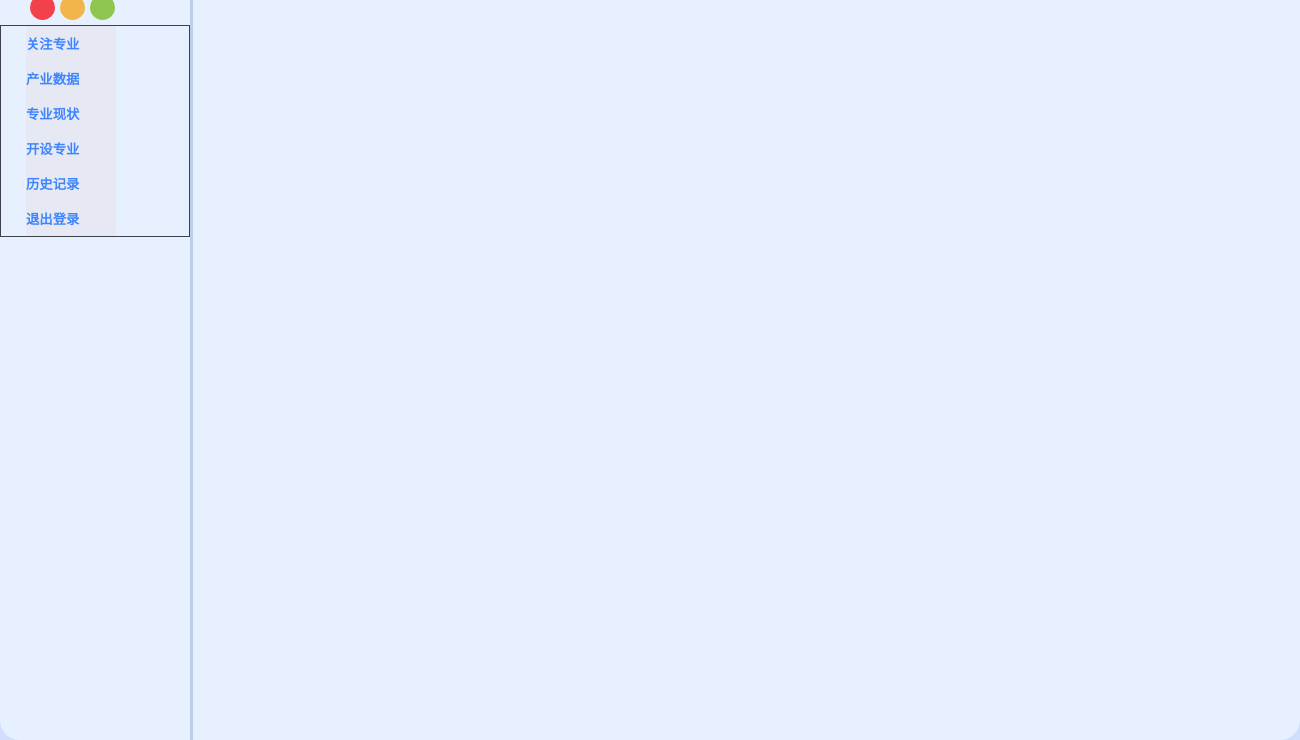
Repository: akaCSDN/test
Page: 2.1主页.html
The author's editor kept a copy of each file at every save. The page is drawn from the files as they stood at one save, then again after the next save.
The browser window is 1280 px wide. The page is 1300 px wide, so the pictures cover 1300 px, including what lies to the right of the window. The pictures show the whole page.

Above is the page before, as saved 2022-12-02 14:08:17.

After the next save:
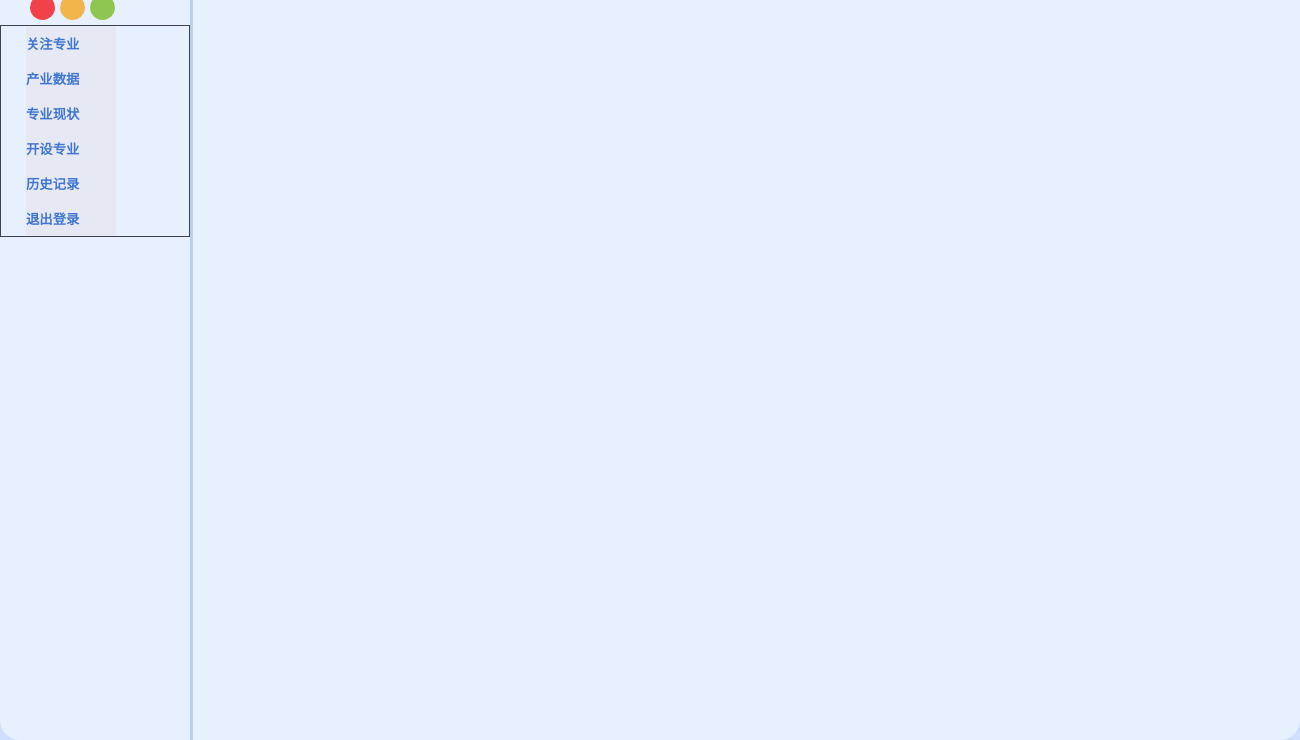
Saved 10 s later.
--- a/2.1主页.html
+++ b/2.1主页.html
@@ -64,7 +64,7 @@
             height: 35px;
             text-align: left;
             margin-left: 25px;
-            color: rgb(0, 94, 255);
+            color: rgb(6, 74, 191);
             font-weight: 600;
         }
     </style>
